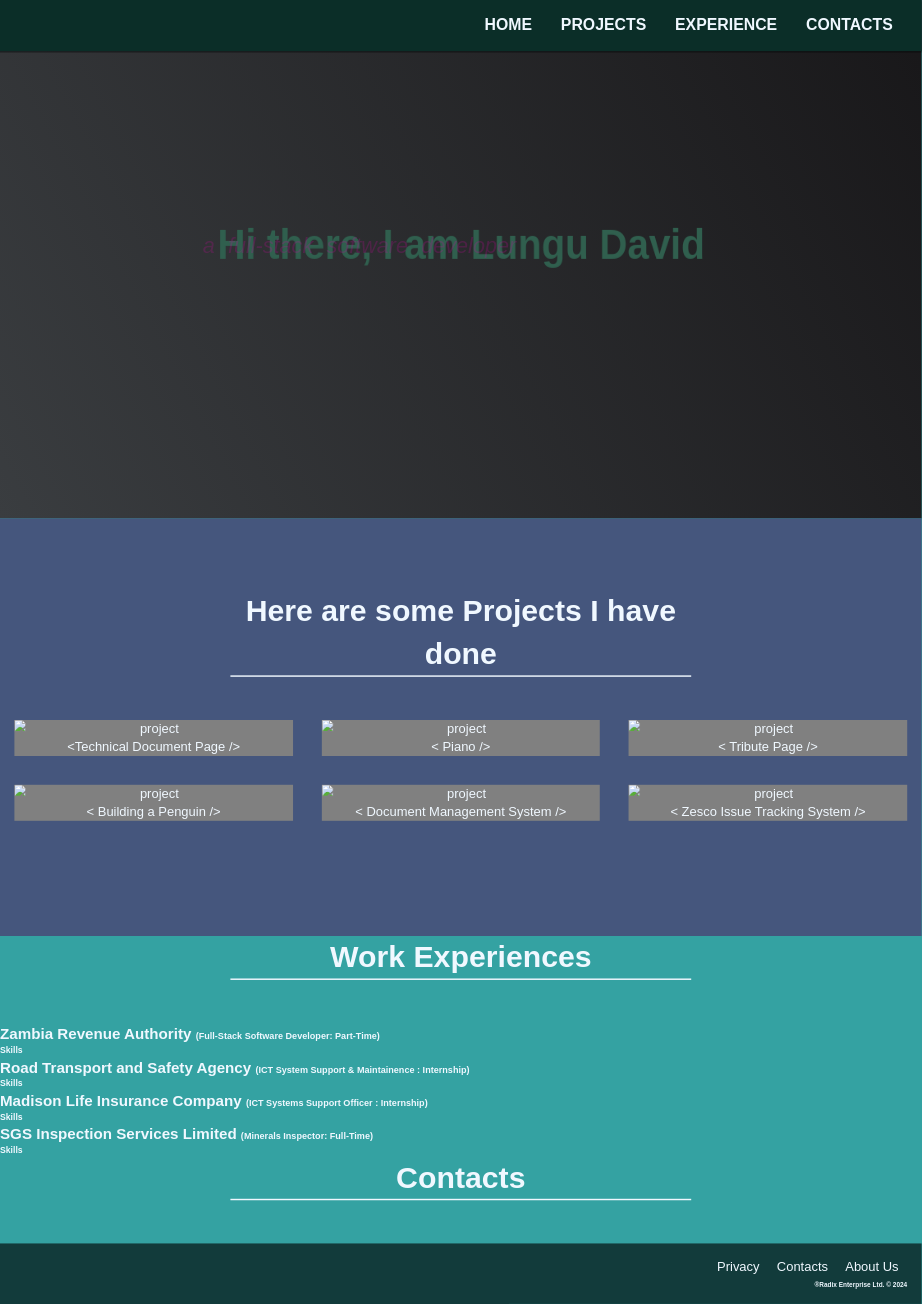
Repository: Lungdjos/personal_portifolio
Page: html/index.html
An editor plug-in stored every save of this project. The page is shown before and after the next save, followed by the edit.
The browser window is 1280 px wide. The pictures show the whole page, at 72% of full size.

Above is the page before, as saved 2024-02-04 00:22:34.

After the next save:
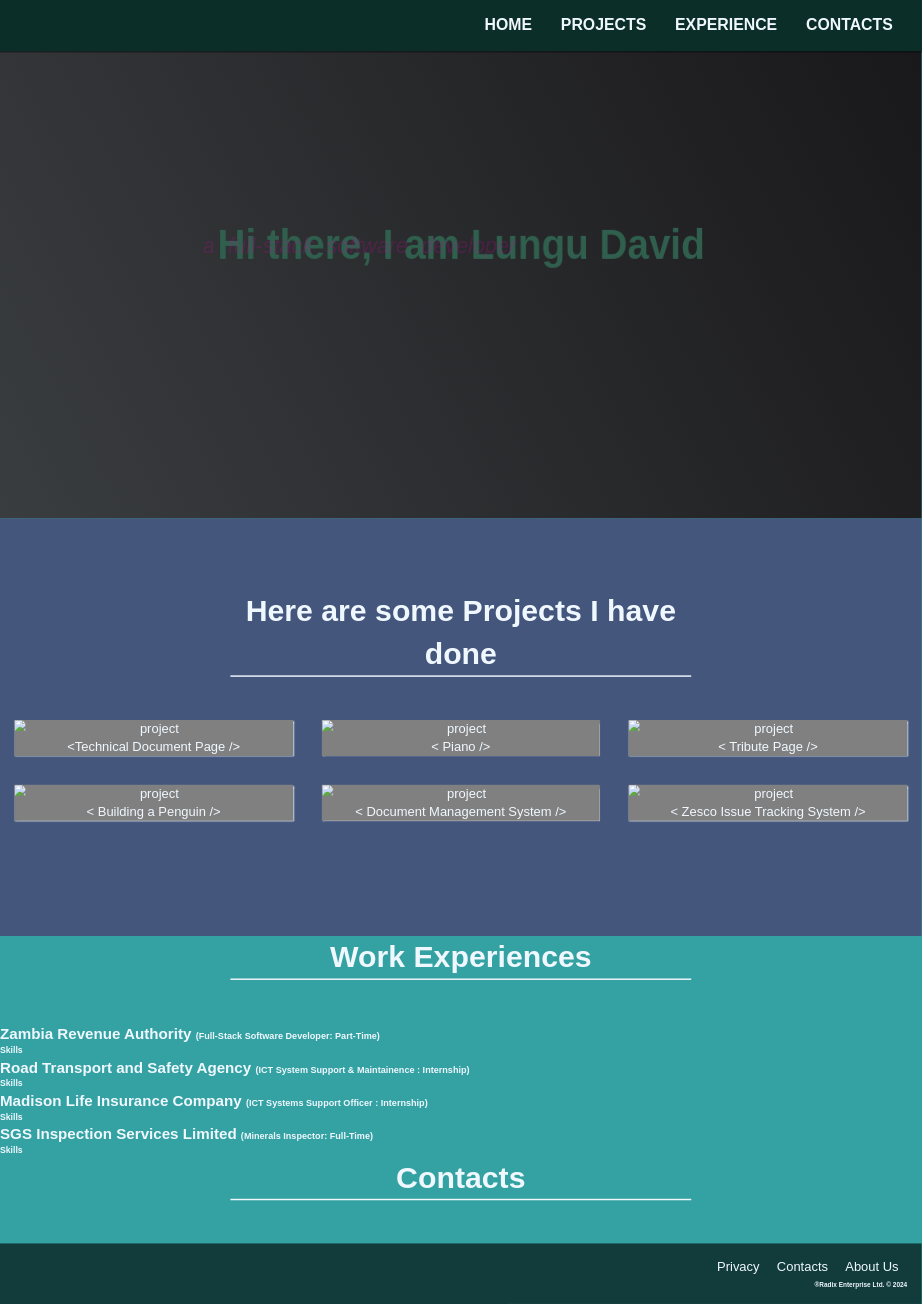
Saved 5 s later.
--- a/css/styles.css
+++ b/css/styles.css
@@ -206,7 +206,7 @@ main>li {
 
 .project {
     background: var(--col-2);
-    box-shadow:
+    box-shadow: 1px 1px 2px
 }
 
 
